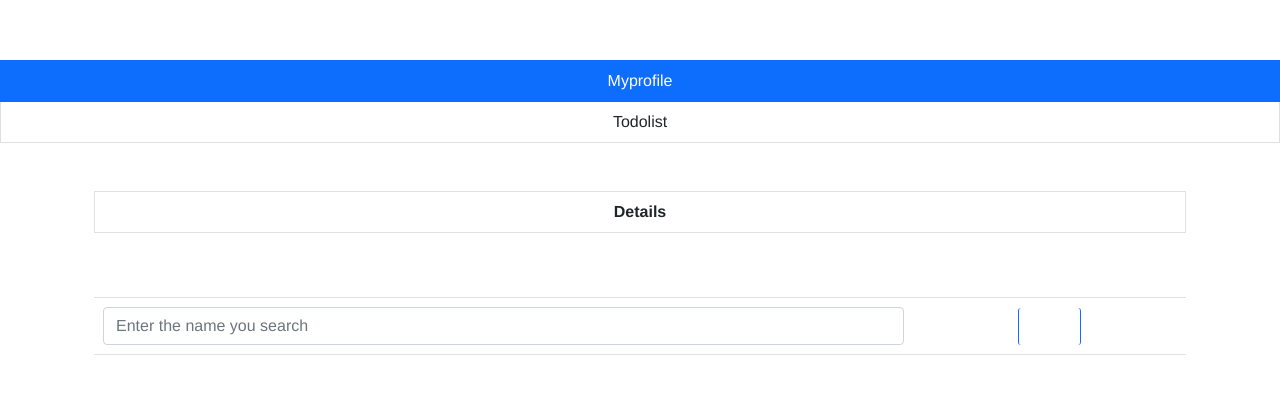
Repository: Shanshan67/todolist
Page: /#/profile
These files come from the project's save history. The page is drawn as it stood at one moment and after the next save; the edit follows.
The browser window is 1280 px wide. The pictures show the whole page.
The project was rebuilt for these pictures with package versions that can differ from the ones it lists, and the page was loaded fresh each time. Also part of the build but not shown: src/components/Dashboard.vue, src/components/Todolist.vue.

Above is the page before, as saved 2022-07-15 23:13:59.

### index.html
<!DOCTYPE html>
<html>
  <head>
    <meta charset="utf-8">
    <meta name="viewport" content="width=device-width,initial-scale=1.0">
    <title>baoge</title>
  </head>
  <body>
    <div id="app"></div>
    <!-- built files will be auto injected -->
  </body>
</html>

### src/main.js
// The Vue build version to load with the `import` command
// (runtime-only or standalone) has been set in webpack.base.conf with an alias.
import Vue from 'vue'
import App from './App'
import router from './router'
import store from './store'
import "bootstrap/dist/css/bootstrap.min.css"

Vue.config.productionTip = false

/* eslint-disable no-new */
new Vue({
  el: '#app',
  router,
  store,
  components: { App },
  template: '<App/>'
})

### src/App.vue
<template>
  <div id="app">
    <div>
      <router-link class="list-group-item" active-class="active" to="/profile">Myprofile</router-link>
      <router-link class="list-group-item" active-class="active" to="/todolist">Todolist</router-link>
    </div>
    <div>
      <router-view/>
    </div>
  </div>
</template>

<script>
export default {
  name: 'App'
}
</script>

<style>
#app {
  font-family: 'Avenir', Helvetica, Arial, sans-serif;
  -webkit-font-smoothing: antialiased;
  -moz-osx-font-smoothing: grayscale;
  text-align: center;
  color: #2c3e50;
  margin-top: 60px;
}
</style>

### src/router/index.js
import Vue from 'vue'
import Router from 'vue-router'
import Dashboard from '@/components/Dashboard'
import Myprofile from '../components/Myprofile'
import Todolist from '../components/Todolist'

Vue.use(Router)

export default new Router({
  routes: [
    {
      path: '/',
      name: 'Dashboard',
      component: Dashboard
    },
    {
			path:'/profile',
			component:Myprofile
		},
		{
			path:'/todolist',
			component:Todolist
		}
  ]
})

### src/store/index.js
import Vue from 'vue'
import Vuex from 'vuex'

Vue.use(Vuex)

//准备actions——用于响应组件中的动作
const actions = {
	jiaOdd(context,value){
		console.log('actions中的jiaOdd被调用了')
		if(context.state.sum % 2){
			context.commit('JIA',value)
		}
	},

}
//准备mutations——用于操作数据（state）
const mutations = {

}
//准备state——用于存储数据
const state = {

}
//准备getters——用于将state中的数据进行加工
const getters = {

}

export default new Vuex.Store({
	actions,
	mutations,
	state,
	getters
})

### src/components/Myprofile.vue
<template>
	<div class="container">
		<List/>
		<Search/>
	</div>
</template>

<script>
	import Search from './Search'
	import List from './List'
	export default {
		name:'Myprofile',
		components:{Search,List}
	}
</script>

### src/components/Search.vue
<template>
	<div class="container">
		<div class="row">
			<div class="col-12">
				<table class="table table-bordered mt-5">
					<tfoot>
						<td class="align-middle text-center w-75">
							<div class="form-group">
								<input
									type="text"
									class="form-control"
									placeholder="Enter the name you search"
									v-model="todoItem.name"
								/>
							</div>
						</td>
						<td class="align-middle text-center w-75">
							<button
								class="btn btn-primary btn-sm mx-1"
								@click="handleSearch"
							>
								Search
							</button>
						</td>
					</tfoot>
				</table>
			</div>
		</div>
	</div>
</template>
<script>
	import Axios from "axios";
	const todoUrl = "http://localhost:3000/todos";
	export default {
		name:'Myprofile',
		data() {
			return {
				todoList:[],
				todoItem:{},
				editMode:false
			}
		},
		methods: {
			handleEdit(id){
				this.editMode=true;
				this.todoItem=this.todoList.find((item) => item.id == id);
			},
			handleCancel() {
				this.editMode=false;
				this.todoItem="";
			},
			async handleToDoItem(){
				const id=this.todoItem.id;
				if(this.editMode){
					await Axios.put(`${todoUrl}/${id}`, this.todoItem);
					this.editMode=false;
					this.todoItem.name="";
				}else{
					await Axios.post(todoUrl, this.todoItem);
					this.todoItem.name = "";
				}
				Axios.get(todoUrl).then((response) => (this.todoList = response.data));
			},
			async handleDelete(id) {
				await Axios.delete(`${todoUrl}/${id}`);
				Axios.get(todoUrl).then((response) => (this.todoList = response.data));
			}
		}
	}
</script>

### src/components/List.vue
<template>
	<div class="container">
		<div class="row">
			<div class="col-12">
				<table class="table table-bordered mt-5">
					<thead>
						<tr>
							<th>Details</th>
						</tr>
					</thead>
					<tbody>
						<tr v-for="(item, i) in todoList" :key="i">
							<td class="align-middle w-75">

							</td>
							<td class="align-middle w-75">
								{{item.name}}
							</td>
						</tr>
					</tbody>
				</table>
			</div>
		</div>
	</div>
</template>

<script>
	import Axios from "axios";
	const todoUrl = "http://localhost:3000/todos";
	export default {
		name:'Myprofile',
		data() {
			return {
				todoList:[],
				todoItem:{},
				editMode:false
			}
		},
		methods: {
			handleEdit(id){
				this.editMode=true;
				this.todoItem=this.todoList.find((item) => item.id == id);
			},
			handleCancel() {
				this.editMode=false;
				this.todoItem="";
			},
			async handleToDoItem(){
				const id=this.todoItem.id;
				if(this.editMode){
					await Axios.put(`${todoUrl}/${id}`, this.todoItem);
					this.editMode=false;
					this.todoItem.name="";
				}else{
					await Axios.post(todoUrl, this.todoItem);
					this.todoItem.name = "";
				}
				Axios.get(todoUrl).then((response) => (this.todoList = response.data));
			},
			async handleDelete(id) {
				await Axios.delete(`${todoUrl}/${id}`);
				Axios.get(todoUrl).then((response) => (this.todoList = response.data));
			}
		}
	}
</script>

After the next save:
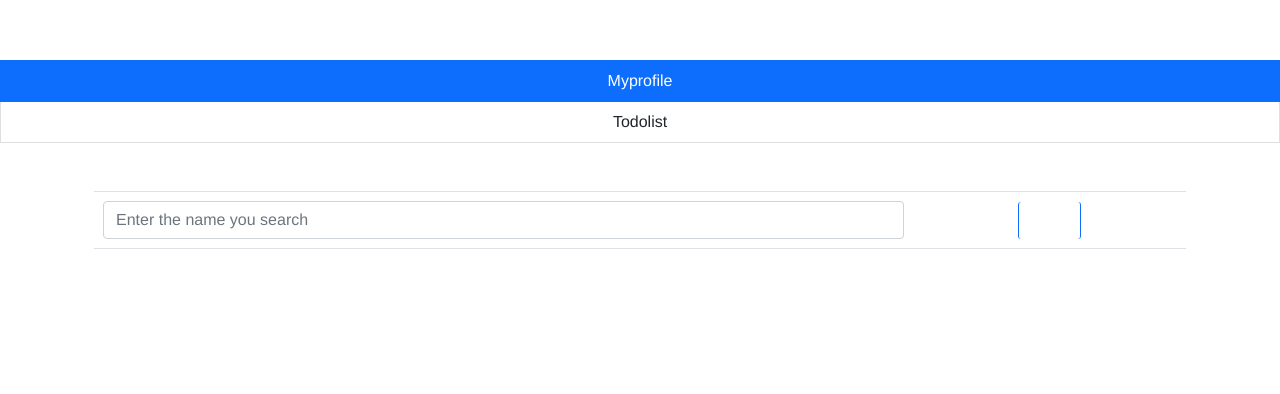
Saved 13 min 1 s later.
--- a/src/components/List.vue
+++ b/src/components/List.vue
@@ -9,7 +9,7 @@
 						</tr>
 					</thead>
 					<tbody>
-						<tr v-for="(item, i) in todoList" :key="i">
+						<tr v-for="user in info.users" :key="user.id">
 							<td class="align-middle w-75">
 
 							</td>

After the 3 saves that followed:
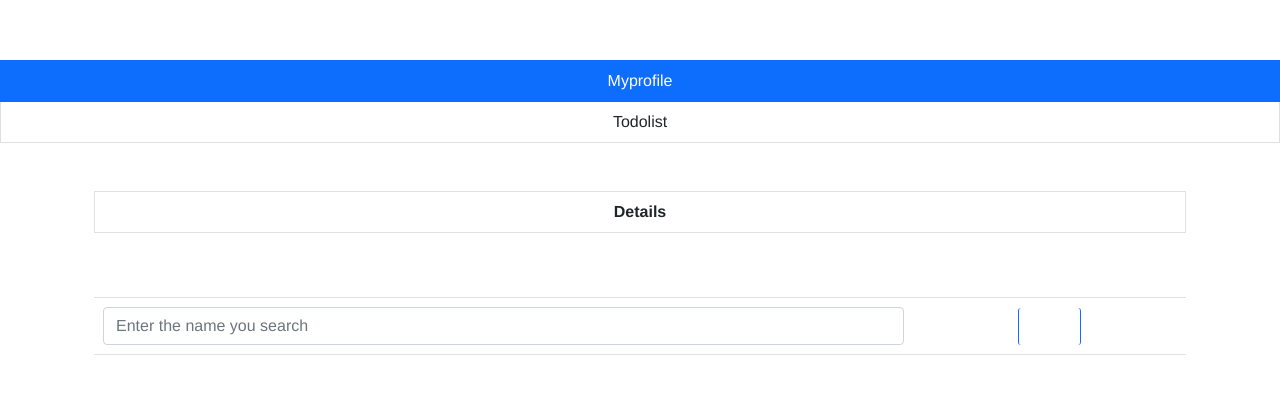
The 3 saves are shown as one change because 2 left the picture as it was.
The last was saved 9 min 31 s later.
--- a/src/components/Search.vue
+++ b/src/components/Search.vue
@@ -29,6 +29,7 @@
 	</div>
 </template>
 <script>
+    import {mapState,mapGetters,mapMutations,mapActions} from 'vuex'
 	import Axios from "axios";
 	const todoUrl = "http://localhost:3000/todos";
 	export default {
--- a/src/components/List.vue
+++ b/src/components/List.vue
@@ -9,12 +9,12 @@
 						</tr>
 					</thead>
 					<tbody>
-						<tr v-for="user in info.users" :key="user.id">
+						<tr v-for="user in users" :key="user.id">
 							<td class="align-middle w-75">
 
 							</td>
 							<td class="align-middle w-75">
-								{{item.name}}
+								{{user.name}}
 							</td>
 						</tr>
 					</tbody>
@@ -25,6 +25,7 @@
 </template>
 
 <script>
+    import {mapState,mapGetters,mapMutations,mapActions} from 'vuex'
 	import Axios from "axios";
 	const todoUrl = "http://localhost:3000/todos";
 	export default {
